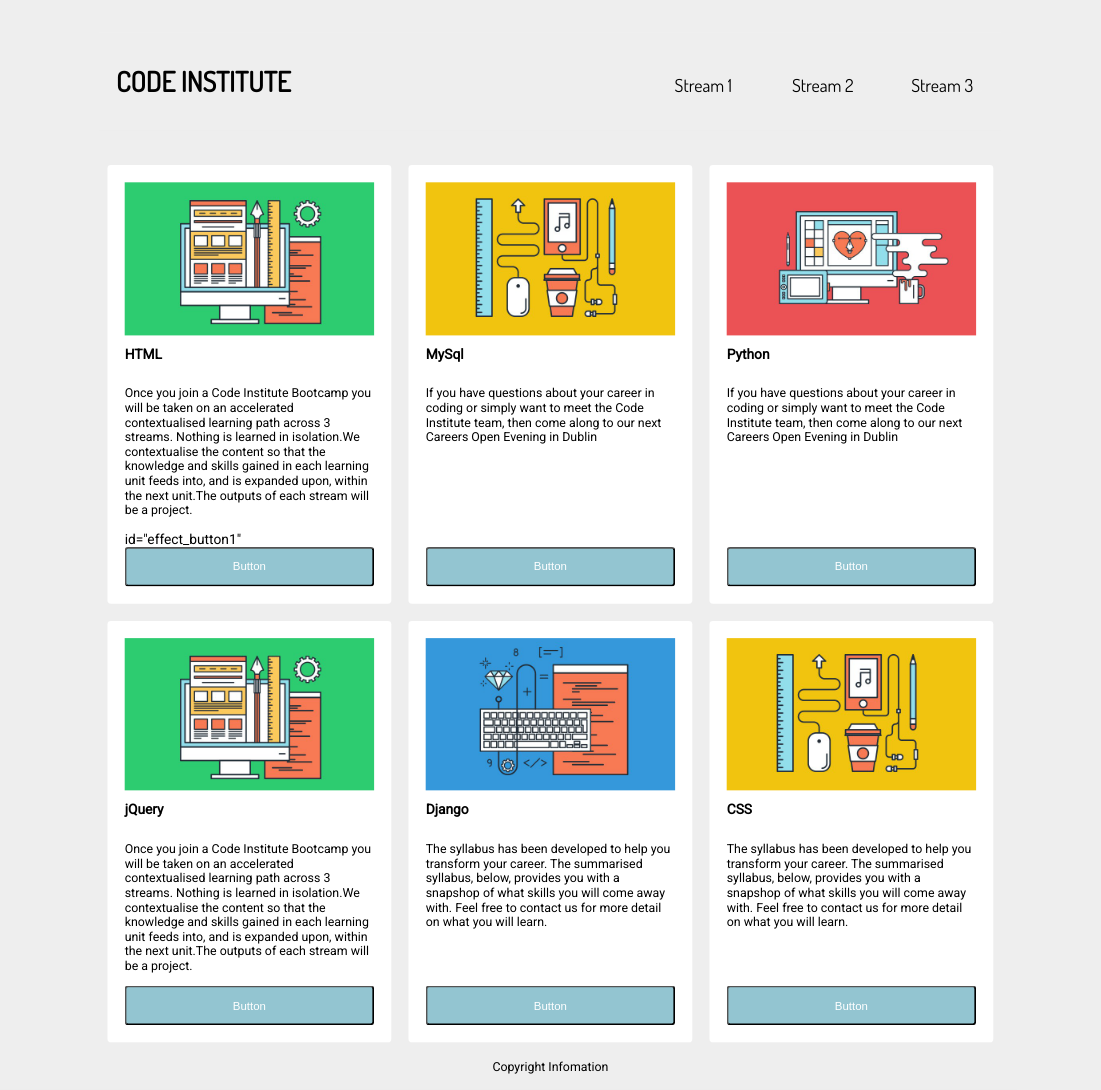
Repository: LivHed/jquery-events
Page: Cards-jquery.html
The author's editor kept a record of every edit. The page is drawn from the files as they stood at one moment, then again after the next edit.
The browser window is 1280 px wide. The pictures show the whole page, at 86% of full size.
Some web libraries are served in a nearby version.

Above is the page before.

### Cards-jquery.html
<!doctype html>
<html>
<head>
	<meta charset="utf-8" />
	<meta name="viewport" content="width=device-width, initial-scale=1">
	<title>jQuery</title>
	<link href="css/style.css" rel="stylesheet">
	<link href='https://fonts.googleapis.com/css?family=Roboto' rel='stylesheet' type='text/css'>
	<link href='https://fonts.googleapis.com/css?family=Dosis' rel='stylesheet' type='text/css'>
</head>
<body>
	<div id="container">
		<nav>
			<ul>
				<li id="logoNav">CODE INSTITUTE</li>
				<li id="stream1_btn">Stream 1</li>
				<li id="stream2_btn">Stream 2</li>
				<li id="stream3_btn">Stream 3</li>
			</ul>
		</nav>
		<div class="card stream1">
			<img class="card_image"src="img/3.png">
			<div class="card_bottom">
				<h2 id="hr_html"class="card_head" >HTML</h2>
				<p class="card_para">Once you join a Code Institute Bootcamp you will be taken on an accelerated contextualised learning path across 3 streams. Nothing is learned in isolation.We contextualise the content so that the knowledge and skills gained in each learning unit feeds into, and is expanded upon, within the next unit.The outputs of each stream will be a project.
				</p> id="effect_button1"
				<button class="bottom_button">Button</button>
			</div>
		</div>
		<div class="card stream3">
			<img class="card_image "src="img/1.png">
			<h2  id="hr_mysql"class="card_head">MySql</h2>
			<p class="card_para">If you have questions about your career in coding or simply want to meet the Code Institute team, then come along to our next Careers Open Evening in Dublin</p>
			<button class="bottom_button">Button</button>
		</div>

		<div class="card stream2">
			<img class="card_image "src="img/2.png">
			<h2 id="hr_python" class="card_head">Python</h2>
			<p class="card_para">If you have questions about your career in coding or simply want to meet the Code Institute team, then come along to our next Careers Open Evening in Dublin</p>
			<button class="bottom_button">Button</button>
		</div>
		<div class="card stream1">
			<img class="card_image"src="img/3.png">
			<div class="card_bottom">
				<h2 id="hr_jquery" class="card_head">jQuery</h2>
				<p class="card_para">Once you join a Code Institute Bootcamp you will be taken on an accelerated contextualised learning path across 3 streams. Nothing is learned in isolation.We contextualise the content so that the knowledge and skills gained in each learning unit feeds into, and is expanded upon, within the next unit.The outputs of each stream will be a project. </p>
				<button class="bottom_button">Button</button>
			</div>
		</div>
		<div class="card stream3">
			<img class="card_image"src="img/4.png">
			<h2 id="hr_django" class="card_head">Django</h2>
			<p class="card_para">The syllabus has been developed to help you transform your career. The summarised syllabus, below, provides you with a snapshop of what skills you will come away with. Feel free to contact us for more detail on what you will learn.</p>
			<button class="bottom_button">Button</button>
		</div>
		<div class="card stream1">
			<img class="card_image"src="img/1.png">
			<h2 id="hr_css"class="card_head">CSS</h2>
			<p class="card_para">The syllabus has been developed to help you transform your career. The summarised syllabus, below, provides you with a snapshop of what skills you will come away with. Feel free to contact us for more detail on what you will learn.</p>
			<button class="bottom_button">Button</button>
		</div>
		<div id="my_footer">
			<p id="copyright">Copyright Infomation</p>
		</div>
	</div>
	<script
	src="https://code.jquery.com/jquery-3.2.1.js"
	integrity="sha256-DZAnKJ/6XZ9si04Hgrsxu/8s717jcIzLy3oi35EouyE="
	crossorigin="anonymous"></script>

	<script src="script.js"></script> <!-- Scripts located at the bottom of the body to insure page is fully loaded before execution -->

</body>
</html>

### style.css
body{
	font-family: 'Roboto', sans-serif;
	/*background-image: url(img/code-institute.jpg);
 	background-size: cover;
 	color: #ffffff;*/
 	background-color: #eee;
}

h1{
	font-size: 3em;
	text-align: center;
}
h2{
	font-size: 1em;
	text-align: left;
}
p{
	font-size: .9rem;
}

div{
	border-radius: 4px;
}

.card_image{
	width: 100%;
}
.bottom_button{
	display: flex;
	box-sizing:border-box;
	border-radius: 4px;
	display: block;
	width: 100%;
	background-color:rgba(129, 187, 201,.85);
	text-align: center;
	padding: 1em .75em;
	text-decoration: none;
	color: #fff;

}

.card_bottom{
	display: flex;
	flex-flow:column;
}
.card_head{
	flex:0;
}
.card_para{
	flex:1 0 auto;
}

#container
{
	display: flex;		/* makes container a flexbox*/
	flex-flow: row wrap; 	/* layout the boxes in rows and wrap them*/
	box-sizing:border-box;
	margin-right:auto;
	margin-left:auto;
	max-width:1050px;
}
#logo{
	width: 800px;
	margin: auto;
}

.card{
	flex:1; /* */
	display: flex;	/* make the contents controllable by flexbox*/
	flex-flow:column;	/* */
	min-width: 240px; /**/
	margin: 10px;
	padding: 20px;
	background-color: #fff;
}
.highlight_stream{
	background-color: #EB5255;
}

#my_footer{
	width:100%;
	text-align: center;
}
#copyright{
	margin-top:10px;
	margin-bottom:10px;

}

/*************************
Navigation

**************************/

nav{
	font-family: roboto;
	background-color: #eee;
	margin: 30px auto;
	width: 100%;
}
ul{
	display: flex;
	justify-content:space-between;
	flex-flow: row;
	/*flex-flow: row-reverse;*/
	/*justify-content:flex-end;*/
	/*justify-content:space-around;*/
	/*align-items:flex-start;*/
	align-items:baseline;
	border-radius: 10px;
	list-style-type: none; /*Remove Bullets*/
	padding: 0;
}
li{
	flex:1;
	height: 30px;
	/*width:10%;*/
	/*border:2px solid #000;*/
	/*background-color: #81BBC9;*/
	/*border-radius: 10px;*/
	font-family: Dosis;
	padding:20px 20px 20px 20px;
	text-align: center;
	font-size: 1.3em;
}

#logoNav{
	flex:6;
	text-align: left;
	font-size: 2em;
	font-weight: bold;
}

.underline{
  text-decoration:underline;
}
.border{
  border: solid 5px #ccc;
}


@media screen and (max-width: 700px){
	ul{
		flex-flow: column;
		align-items:center;
	}
	li{
		font-size: 2em;
	}
}

### script.js
//waits until page is loaded first
$(document).ready(function(){

    //applies colour red to paragraphs when clicked on
    $("p").click(function(){
        $("p").addClass("highlight_text");
    });

    //will add lightblue to h2 elements
    $("h2").hover(function(){
        $("h2").addClass( "h2_color");
    });

    /*
    this will apply larger font size to the active h2 element
    by adding the h2_font_size class but
    not the other h2 elements by removing class h2_font_size from them
    */
    $("#hr_html").hover(function(){
        $("#hr_mysql").removeClass("h2_font_size");
        $("#hr_python").removeClass("h2_font_size");
        $("#hr_jquery").removeClass("h2_font_size");
        $("#hr_django").removeClass("h2_font_size");
        $("#hr_css").removeClass("h2_font_size");
        $("#hr_mysql").removeClass("h2_font_size");
        $("#hr_html").addClass("h2_font_size");
    });

    $("#hr_mysql").hover(function(){
        $("#hr_python").removeClass("h2_font_size");
        $("#hr_jquery").removeClass("h2_font_size");
        $("#hr_django").removeClass("h2_font_size");
        $("#hr_css").removeClass("h2_font_size");
        $("#hr_html").removeClass("h2_font_size");
        $("#hr_mysql").addClass("h2_font_size");
    });

    $("#hr_python").hover(function(){
        $("#hr_mysql").removeClass("h2_font_size");
        $("#hr_jquery").removeClass("h2_font_size");
        $("#hr_django").removeClass("h2_font_size");
        $("#hr_css").removeClass("h2_font_size");
        $("#hr_html").removeClass("h2_font_size");
        $("#hr_python").addClass("h2_font_size");
    });

    $("#hr_jquery").hover(function(){
        $("#hr_mysql").removeClass("h2_font_size");
        $("#hr_python").removeClass("h2_font_size");
        $("#hr_django").removeClass("h2_font_size");
        $("#hr_css").removeClass("h2_font_size");
        $("#hr_html").removeClass("h2_font_size");
        $("#hr_jquery").addClass("h2_font_size");
    });

    $("#hr_django").hover(function(){
        $("#hr_mysql").removeClass("h2_font_size");
        $("#hr_python").removeClass("h2_font_size");
        $("#hr_jquery").removeClass("h2_font_size");
        $("#hr_css").removeClass("h2_font_size");
        $("#hr_html").removeClass("h2_font_size");
        $("#hr_django").addClass("h2_font_size");
    });

    $("#hr_css").hover(function(){
        $("#hr_mysql").removeClass("h2_font_size");
        $("#hr_python").removeClass("h2_font_size");
        $("#hr_jquery").removeClass("h2_font_size");
        $("#hr_django").removeClass("h2_font_size");
        $("#hr_html").removeClass("h2_font_size");
        $("#hr_css").addClass("h2_font_size");
    });

    //applies colour black to body background when mouse enters over buttons
    $(".bottom_button").mouseenter(function(){
        $("body").css( "background-color", "black");
    });

    //applies colour grey to body background when mouse leaves buttons
    $(".bottom_button").mouseleave(function(){
        $("body").css( "background-color", "#eee");
    });
});

After the next edit:
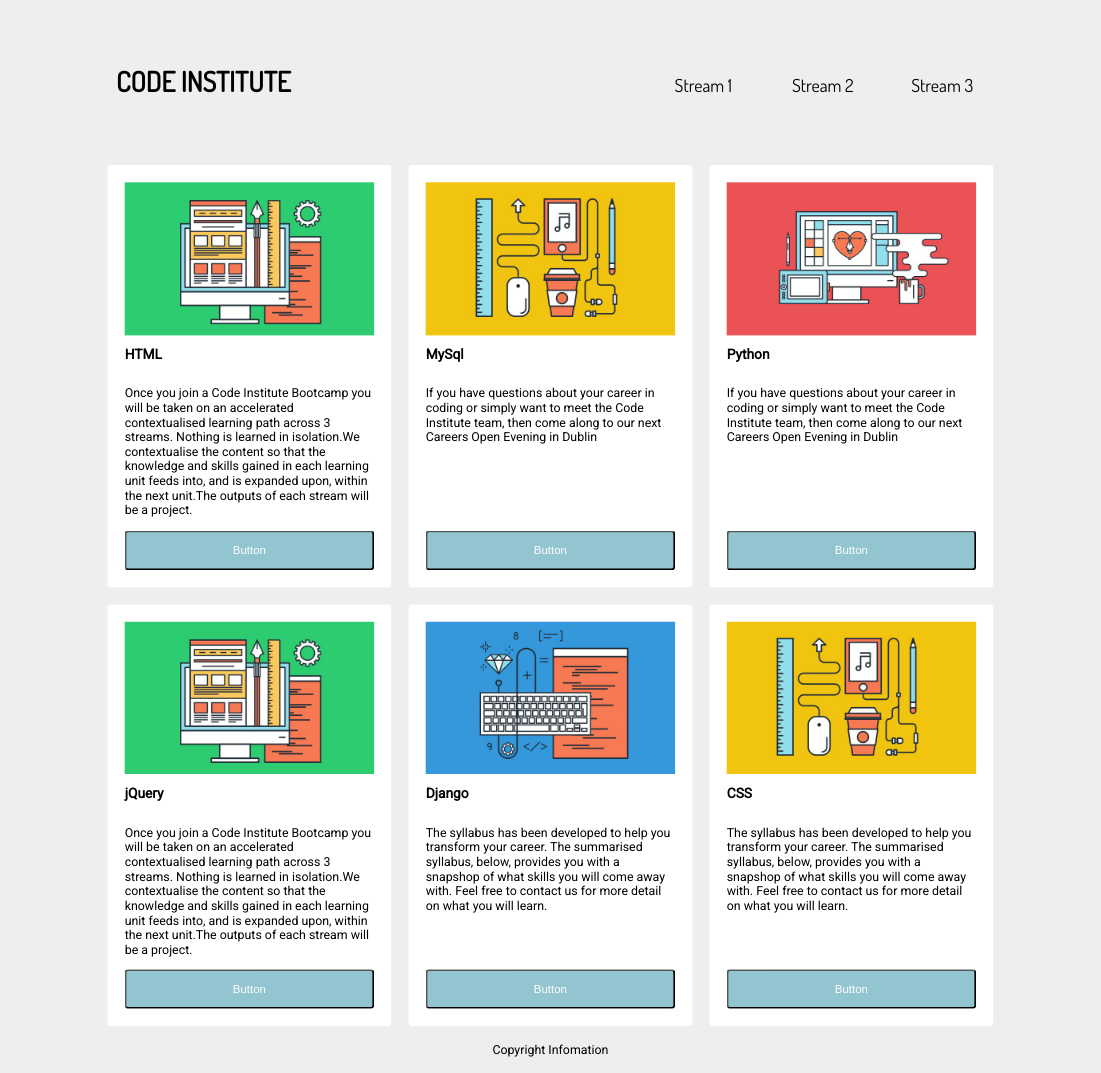
The edit:
--- a/Cards-jquery.html
+++ b/Cards-jquery.html
@@ -23,8 +23,8 @@
 			<div class="card_bottom">
 				<h2 id="hr_html"class="card_head" >HTML</h2>
 				<p class="card_para">Once you join a Code Institute Bootcamp you will be taken on an accelerated contextualised learning path across 3 streams. Nothing is learned in isolation.We contextualise the content so that the knowledge and skills gained in each learning unit feeds into, and is expanded upon, within the next unit.The outputs of each stream will be a project.
-				</p> id="effect_button1"
-				<button class="bottom_button">Button</button>
+				</p>
+				<button id="effect_button1" class="bottom_button">Button</button>
 			</div>
 		</div>
 		<div class="card stream3">
